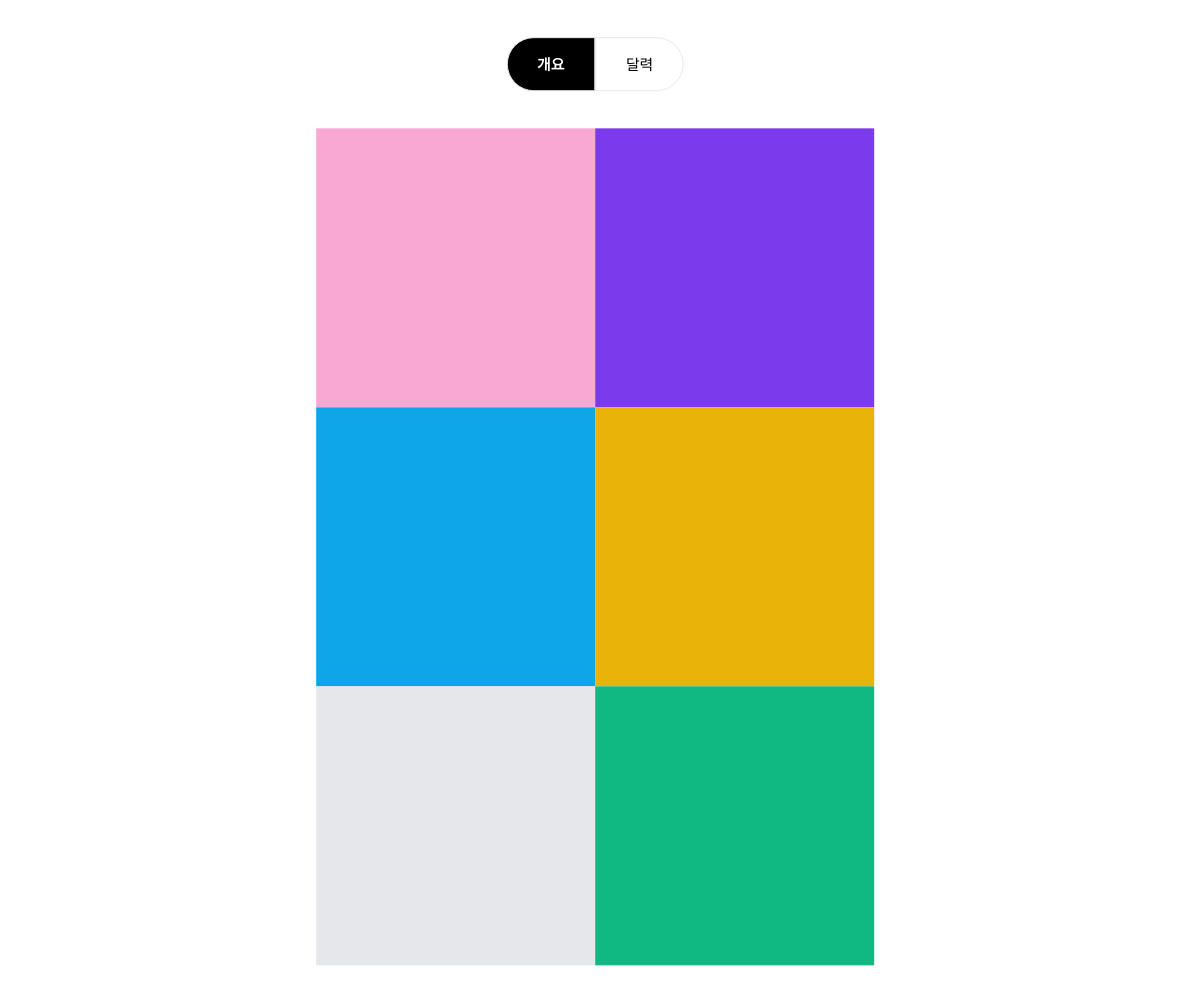
Repository: honey-punch/my-alcohol
Page: /
An editor plug-in stored every save of this project. The page is shown before and after the next save, followed by the edit.
The browser window is 1280 px wide. The pictures show the whole page, at 93% of full size.
The project was rebuilt for these pictures with package versions that can differ from the ones it lists, and the page was loaded fresh each time. The framework's server and built-in components were replaced by stand-ins that run in the browser. Also part of the build but not shown: next.config.ts, src/app/_component/Calendar.tsx.

Above is the page before, as saved 2025-02-10 15:44:58.

After the next save:
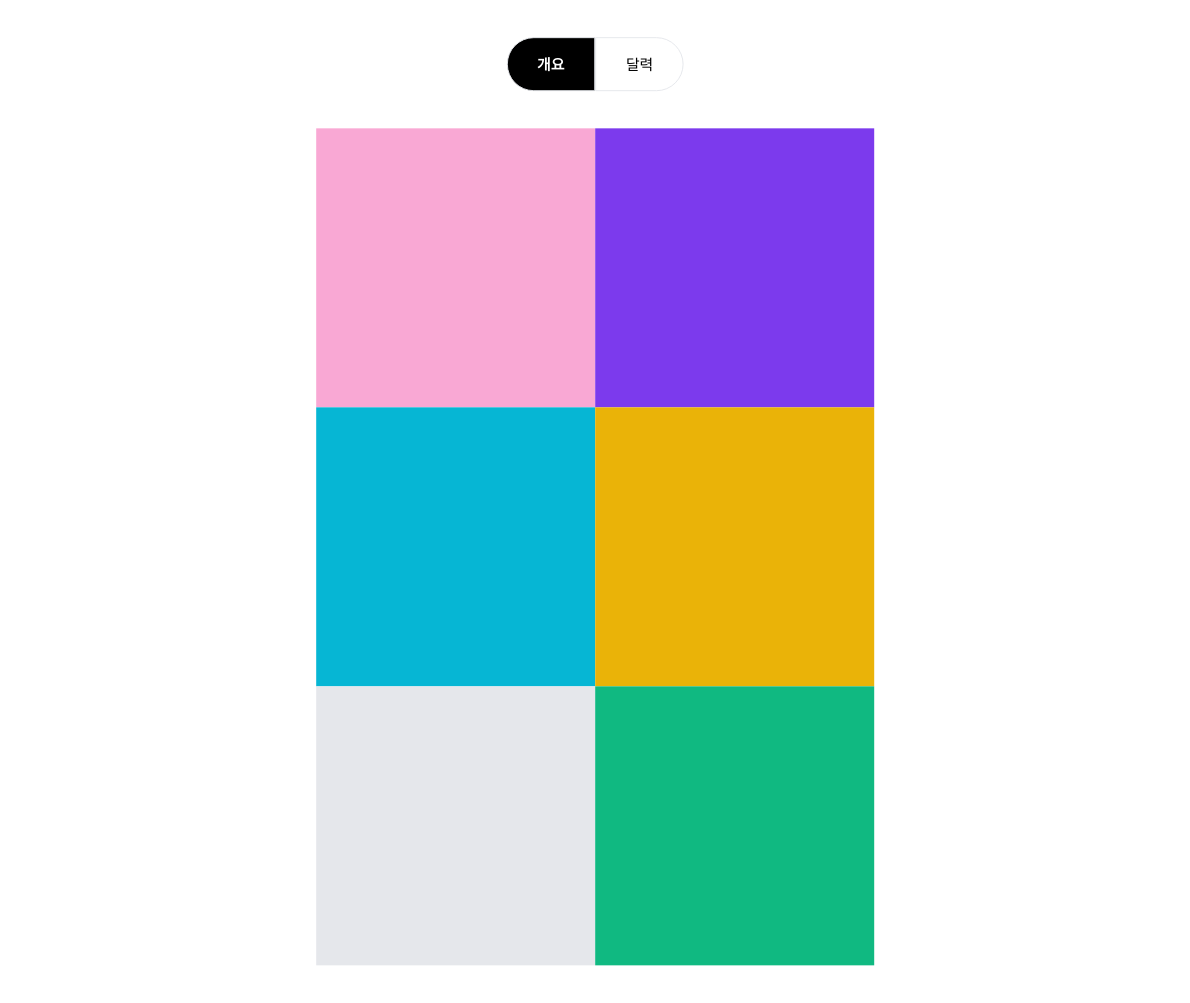
Saved 9 s later.
--- a/src/app/_component/Summary.tsx
+++ b/src/app/_component/Summary.tsx
@@ -36,7 +36,7 @@ export default function Summary() {
       ></div>
       <div
         style={{ width: `${BOX_SIZE}px`, height: BOX_SIZE }}
-        className="bg-sky-500"
+        className="bg-cyan-500"
       ></div>
       <div
         style={{ width: `${BOX_SIZE}px`, height: BOX_SIZE }}
